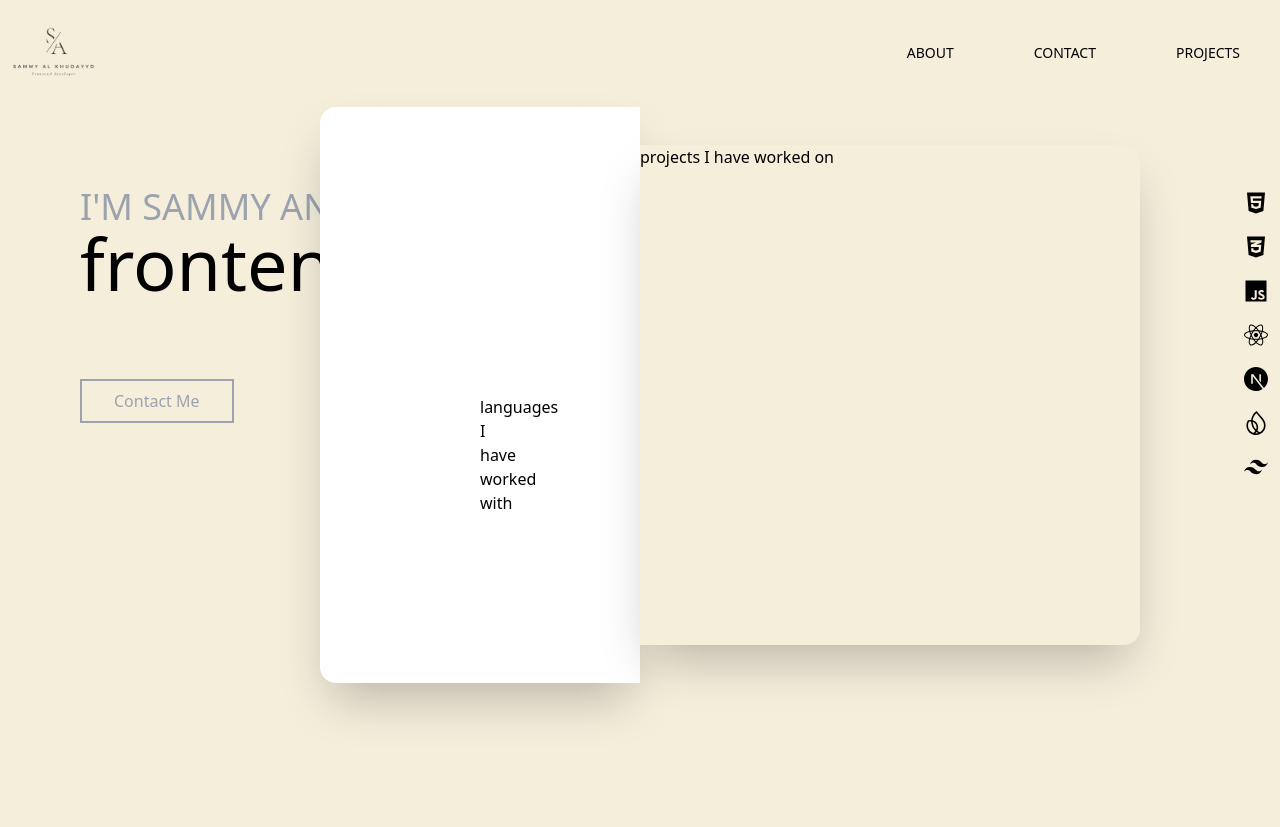
Repository: Al123Kudayyd/myportfolio
Page: /
An editor plug-in stored every save of this project. The page is shown before and after a run of saves, followed by the edit.
The browser window is 1280 px wide. The pictures show the whole page.
The project was rebuilt for these pictures with package versions that can differ from the ones it lists, and the page was loaded fresh each time. Also part of the build but not shown: src/components/model.js.

Above is the page before, as saved 2024-02-21 13:49:47.

After the next 4 saves:
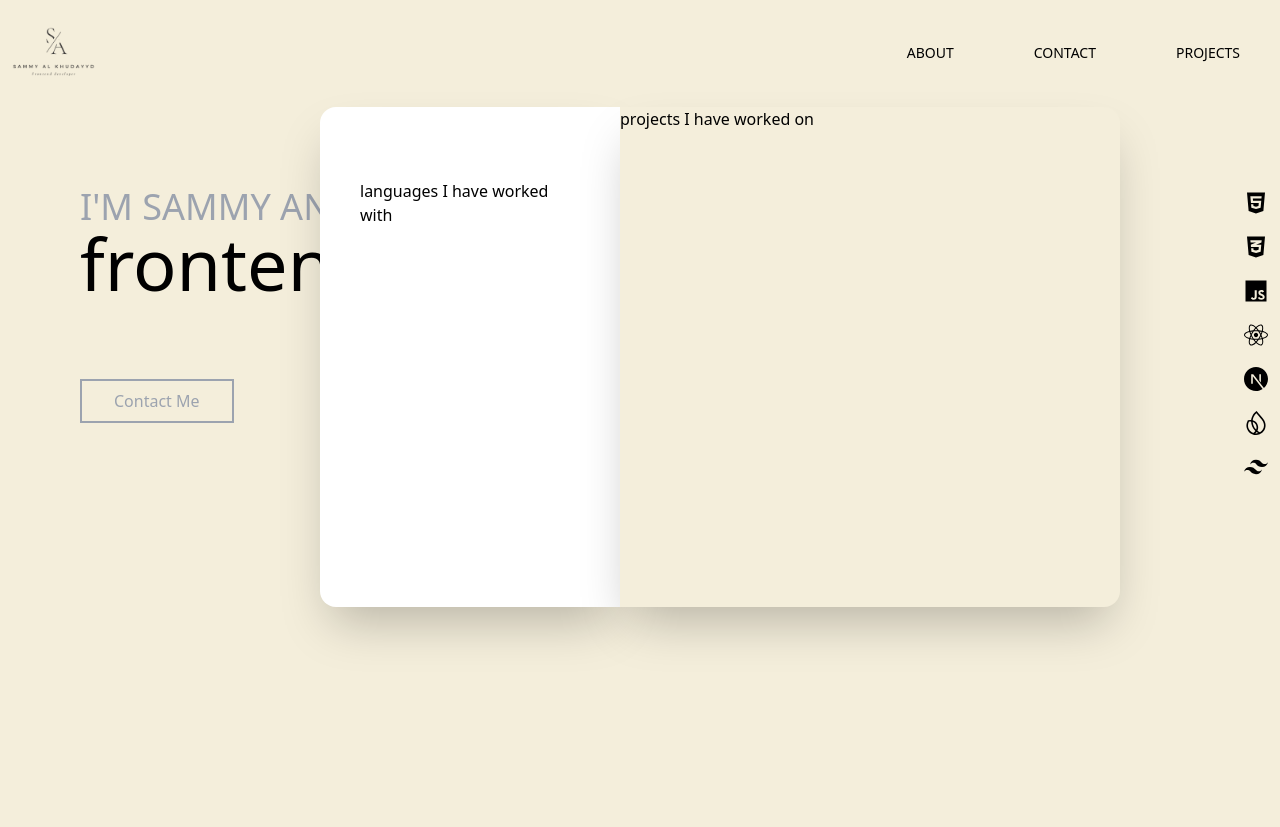
The 4 saves are shown as one change because they came seconds apart.
The last was saved 17 s later.
--- a/src/components/Projects.jsx
+++ b/src/components/Projects.jsx
@@ -4,7 +4,7 @@ function Projects() {
   return (
     <div className='absolute top-0 left-[25%]'>
         <div className='flex justify-center items-center'>
-            <div className='shadow-2xl bg-white w-[300px] h-[500px] rounded-l-2xl px-40 py-72'>
+            <div className='shadow-2xl bg-white w-[300px] h-[500px] rounded-l-2xl px-[40px] py-[72px]'>
                 <h1>languages I have worked with</h1>
             </div>
             <div className='shadow-2xl bg-[#f4eedb] w-[500px] h-[500px] rounded-r-2xl'>
